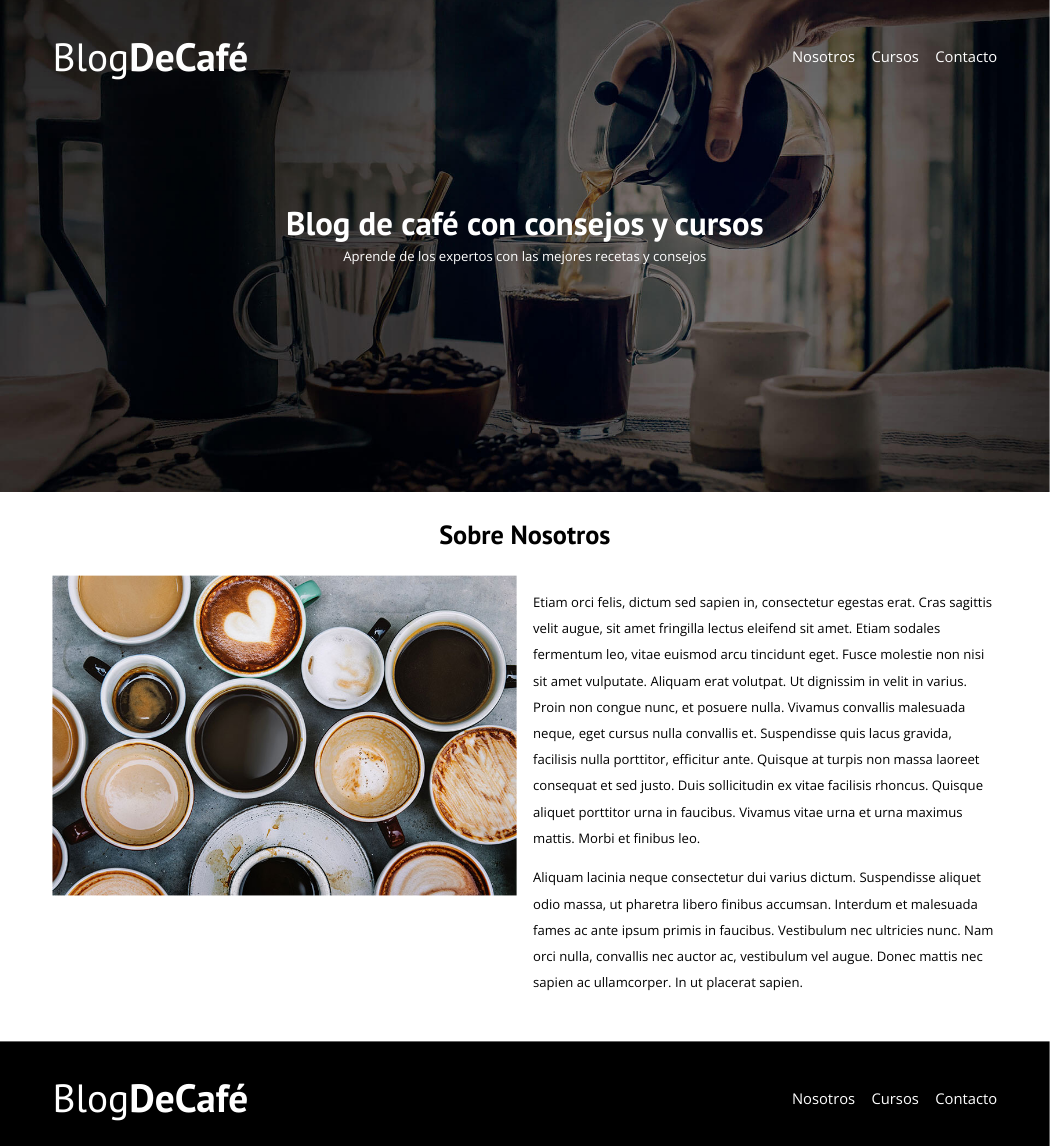
Repository: araque1990/blog_de_cafe
Page: nosotros.html
These files come from the project's save history. The page is drawn as it stood at one moment and after the next save; the edit follows.
The browser window is 1280 px wide. The pictures show the whole page, at 82% of full size.

Above is the page before, as saved 2023-01-12 18:01:15.

### nosotros.html
<!DOCTYPE html>
<html lang="es">
<head>
  <meta charset="UTF-8">
  <meta http-equiv="X-UA-Compatible" content="IE=edge">
  <meta name="viewport" content="width=device-width, initial-scale=1.0">
  <title>Blog de Café</title>
  <link rel="stylesheet" href="css/normalize.css">
  <link rel="preconnect" href="https://fonts.googleapis.com"><link rel="preconnect" href="https://fonts.gstatic.com" crossorigin><link href="https://fonts.googleapis.com/css2?family=Open+Sans&family=PT+Sans:wght@400;700&display=swap" rel="stylesheet">
  <link rel="stylesheet" href="css/styles.css">
</head>
<body>

  <header class="header">
    <div class="contenedor">
      <div class="barra">
        <a class="logo" href="index.html">
          <h1 class="logo__nombre no-margin centrar-texto">Blog<span class="logo__bold">DeCafé</span></h1>
        </a>

        <nav class="navegacion">
          <a href="nosotros.html" class="navegacion__enlace">Nosotros</a>
          <a href="cursos.html" class="navegacion__enlace">Cursos</a>
          <a href="contacto.html" class="navegacion__enlace">Contacto</a>
        </nav>
      </div>
    </div>
    <div class="header__texto">
      <h2 class="no-margin">Blog de café con consejos y cursos</h2>
      <p class="no-margin">Aprende de los expertos con las mejores recetas y consejos</p>
    </div>
  </header>

  <main class="contenedor">
    <h3 class="centrar-texto">Sobre Nosotros</h3>

    <div class="sobre-nosotros">
      <div class="sobre-nosotros__imagen">
        <img src="img/nosotros.jpg" alt="imagen nosotros">
      </div>

      <div class="sobre-nosotros__texto">
        <p> Etiam orci felis, dictum sed sapien in, consectetur egestas erat. Cras sagittis velit augue, sit amet fringilla lectus eleifend sit amet. Etiam sodales fermentum leo, vitae euismod arcu tincidunt eget. Fusce molestie non nisi sit amet vulputate. Aliquam erat volutpat. Ut dignissim in velit in varius. Proin non congue nunc, et posuere nulla. Vivamus convallis malesuada neque, eget cursus nulla convallis et. Suspendisse quis lacus gravida, facilisis nulla porttitor, efficitur ante. Quisque at turpis non massa laoreet consequat et sed justo. Duis sollicitudin ex vitae facilisis rhoncus. Quisque aliquet porttitor urna in faucibus. Vivamus vitae urna et urna maximus mattis. Morbi et finibus leo.</p>

        <p>Aliquam lacinia neque consectetur dui varius dictum. Suspendisse aliquet odio massa, ut pharetra libero finibus accumsan. Interdum et malesuada fames ac ante ipsum primis in faucibus. Vestibulum nec ultricies nunc. Nam orci nulla, convallis nec auctor ac, vestibulum vel augue. Donec mattis nec sapien ac ullamcorper. In ut placerat sapien.</p>
      </div>
    </div>
  </main>

  <footer class="footer">
    <div class="contenedor">
      <div class="barra">
        <a class="logo" href="index.html">
          <h1 class="logo__nombre no-margin centrar-texto">Blog<span class="logo__bold">DeCafé</span></h1>
        </a>

        <nav class="navegacion">
          <a href="nosotros.html" class="navegacion__enlace">Nosotros</a>
          <a href="cursos.html" class="navegacion__enlace">Cursos</a>
          <a href="contacto.html" class="navegacion__enlace">Contacto</a>
        </nav>
      </div>
    </div>
  </footer>
</body>
</html>

### css/styles.css
:root {
  --fuenteHeading: 'PT Sans', sans-serif;
  --fuenteParrafos: 'Open Sans', sans-serif;

  --secundario: #784D3C;
  --gris: #E1E1E1;
  --blanco: #FFF;
  --negro: #000;
}
html {
  box-sizing: border-box;
  font-size: 62.5%;
}
*, *:before, *:after {
  box-sizing: inherit;
}
body {
  font-family: var(--fuenteParrafos);
  font-size: 1.6rem;
  line-height: 2;
}

/* Globales */
.contenedor {
  max-width: 120rem;
  width: 90%;
  /* width: min(90%, 120rem); //ESTO ES LO MISMO QUE LOS DOS ATRIBUTOS DE ARRIBA */
  margin: 0 auto;
}
a {
  text-decoration: none;
}
h1, h2, h3, h4 {
  font-family: var(--fuenteHeading);
  line-height: 1.2;
}
h1 {
  font-size: 4.8rem;
}
h2 {
  font-size: 4rem;
}
h3 {
  font-size: 3.2rem;
}
h4 {
  font-size: 2.8rem;
}
img {
  max-width: 100%;
}

/* Utilidades */
.no-margin {
  margin: 0;
}
.no-padding {
  padding: 0;
}
.centrar-texto {
  text-align: center;
}

/* Header */
.header {
  background-image: url(../img/banner.jpg);
  height: 60rem;
  background-size: cover;
  background-repeat: no-repeat;
  background-position: center center;
}
.header__texto {
  text-align: center;
  color: var(--blanco);
  margin-top: 5rem;
}

@media (min-width: 768px) {
  .header__texto {
    margin-top: 15rem;
  }
}

@media (min-width: 768px) {
  .barra {
    display: flex;
    justify-content: space-between;
    align-items: center;
  }
}
.barra {
  padding-top: 4rem;
}
.logo {
  color: var(--blanco);
}
.logo__nombre {
  font-weight: 400;
}
.logo__bold {
  font-weight: 700;
}

@media (min-width: 768px) {
  .navegacion {
    display: flex;
    gap: 2rem;
  }
}
.navegacion__enlace {
  display: block;
  text-align: center;
  font-size: 1.8rem;
  color: var(--blanco);
}

@media (min-width: 768px) {
  .contenido-principal {
    display: grid;
    grid-template-columns: 2fr 1fr;
    column-gap: 4rem;
  }
}

.entrada {
  border-bottom: 1px solid var(--gris);
  margin-bottom: 2rem;
}
.entrada:last-of-type {
  border: none;
  margin-bottom: 0;
}
.boton {
  display: block;
  font-family: var(--fuenteHeading);
  color: var(--blanco);
  text-align: center;
  padding: 1rem 3rem;
  font-size: 1.8rem;
  text-transform: uppercase;
  font-weight: 700;
  margin-bottom: 2rem;
}
@media (min-width: 768px) {
  .boton {
    display: inline-block;
  }
}
.boton--primario {
  background-color: var(--negro);
}
.boton--secundario {
  background-color: var(--secundario);
}

.cursos {
  list-style: none;
}

.widget-curso {
  border-bottom: 1px solid var(--gris);
  margin-bottom: 2rem;
}
.widget-curso:last-of-type {
  border: none;
  margin-bottom: 0;
}
.widget-curso__label {
  font-family: var(--fuenteHeading);
  font-weight: 700;
}
.widget-curso__info {
  font-weight: 400;
}
.widget-curso__info, .widget-curso__label {
  font-size: 2rem;
}

.footer {
  background-color: var(--negro);
  padding-bottom: 3rem;
  margin-top: 4rem;
}

/* Sobre Nosotros */
@media (min-width: 768px) {
  .sobre-nosotros {
    display: flex;
    gap: 2rem;
  }
  .sobre-nosotros__imagen, .sobre-nosotros__texto {
    flex-basis: 50%;
  }
}

Loaded but not shown: css/normalize.css (library)

After the next save:
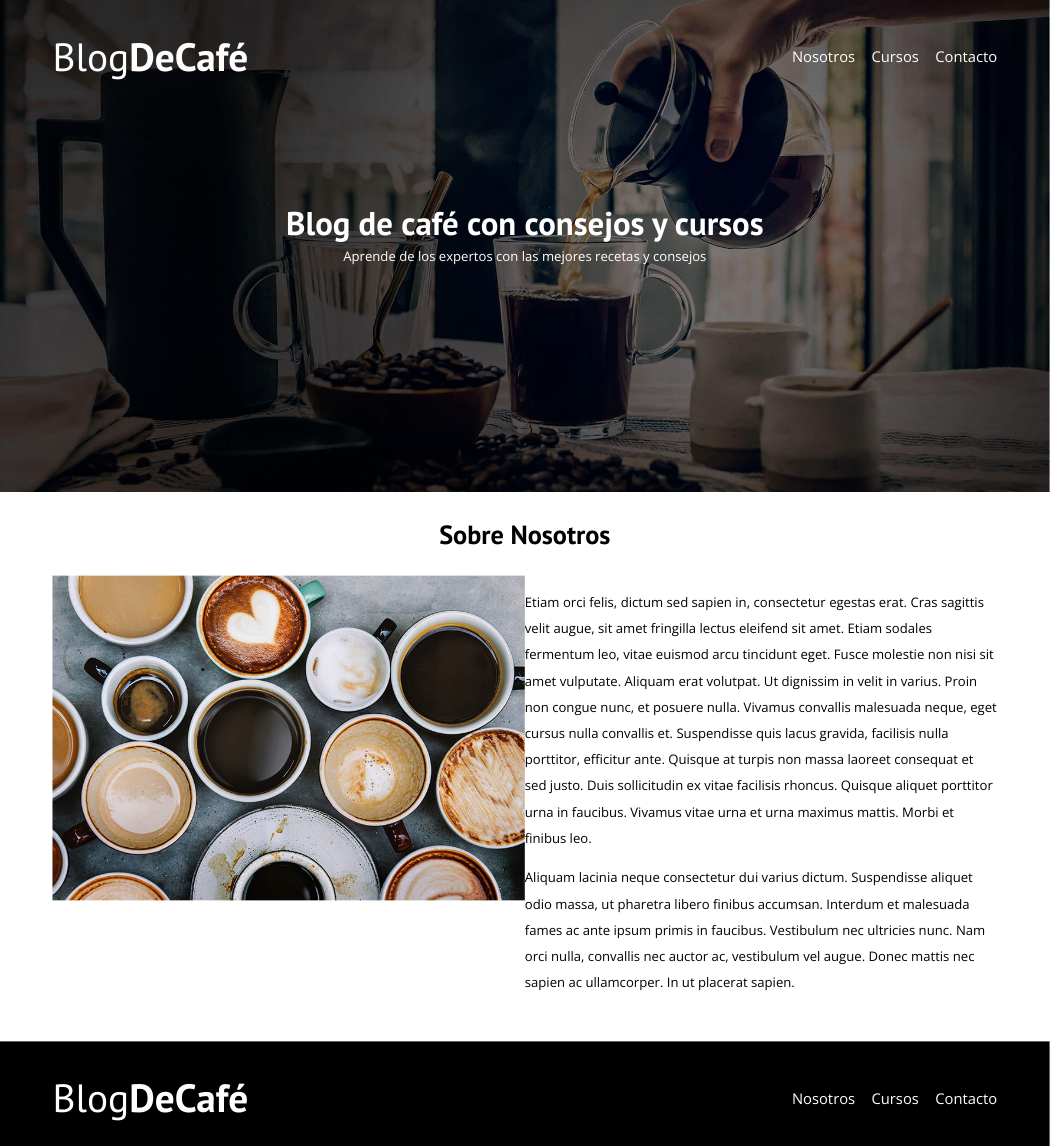
Saved 2 min 27 s later.
--- a/css/styles.css
+++ b/css/styles.css
@@ -185,10 +185,7 @@
 /* Sobre Nosotros */
 @media (min-width: 768px) {
   .sobre-nosotros {
-    display: flex;
-    gap: 2rem;
-  }
-  .sobre-nosotros__imagen, .sobre-nosotros__texto {
-    flex-basis: 50%;
+    display: grid;
+    grid-template-columns: repeat(2, 1fr);
   }
 }

After the save that followed:
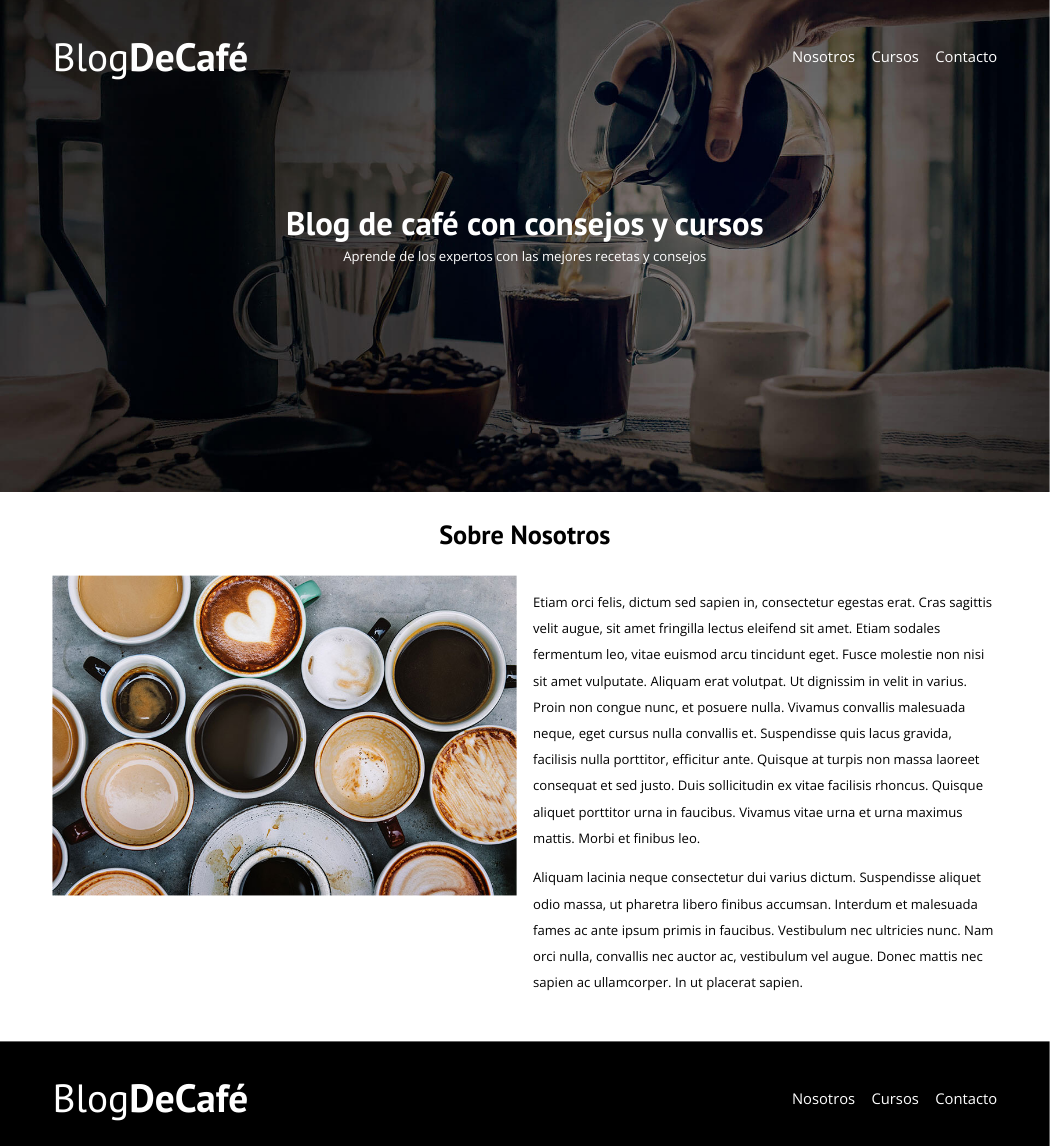
Saved 11 s later.
--- a/css/styles.css
+++ b/css/styles.css
@@ -187,5 +187,6 @@
   .sobre-nosotros {
     display: grid;
     grid-template-columns: repeat(2, 1fr);
+    column-gap: 2rem;
   }
 }
